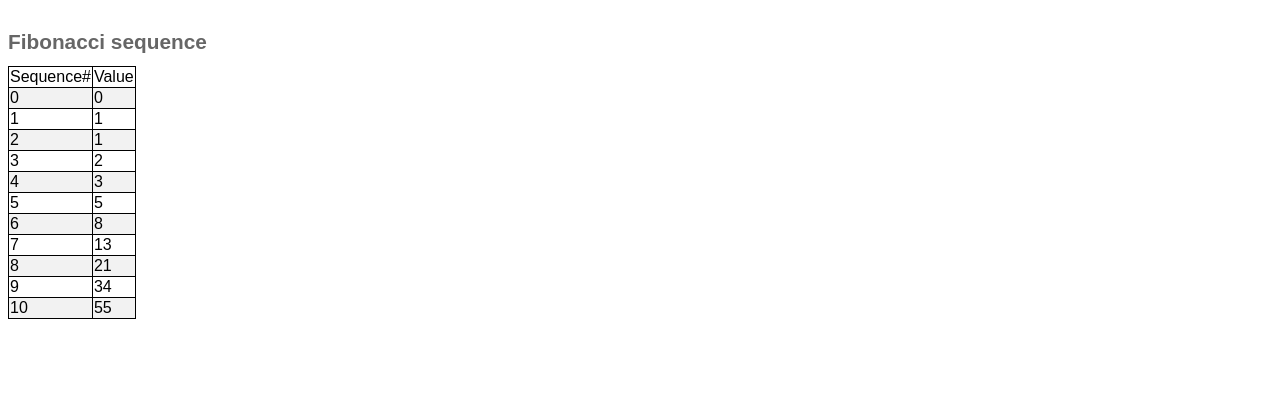
Repository: hhugohm/php_basic
Page: http://localhost/src/fibonnacci.php
The author's editor kept a copy of each file at every save. The page is drawn from the files as they stood at one save, then again after the next save.
The browser window is 1280 px wide. The pictures show the whole page.
The page is run by PHP 8.4 with error messages shown; the project is at /var/www/html/.

Above is the page before, as saved 2017-06-08 23:00:50.

### php_unidad4/src/fibonnacci.php
<html>
	<head>
		<title>Fibonacci sequence</title>
			<link rel="stylesheet" type="text/css" href="common.css"   />
	</head>

<body>
<h2>Fibonacci sequence</h2>
<?php
$iteraciones=10;
$num1=0;
$num2=1;
$sum=0;
echo "<table>
	<tr>
		<td>Sequence#  </td>
		<td>Value      </td>
	</tr>";
for($i=0;$i<= $iteraciones;$i++){
	if($i==0){
		$num2=0;
	}
	if($i==1){
		$num2=1;
	}else{
		$sum=$num1+$num2;
		$num1=$num2;
		$num2=$sum;
	}

echo "<tr>
		<td>$i</td>
		<td>$num2</td>
	</tr>";
}

echo "</table>";



?>

</body>
</html>

### php_unidad4/src/common.css

/* Page body */
body { font-family: Arial, Helvetica, sans-serif; }

/* Definition lists */
dl { width: 100%; margin: 2em 0; padding: 0; clear: both; overflow: auto; }
dt { width: 30%; float: left; margin: 0; padding: 5px 9.9% 5px 0; border-top: 1px solid #DDDDB7; font-weight: bold; overflow: auto; clear: left; }
dd { width: 60%; float: left; margin: 0; padding: 6px 0 5px 0; border-top: 1px solid #DDDDB7; overflow: auto; }

/* Headings */
h1 { font-weight: bold; margin: 35px 0 14px; color: #666; font-size: 1.5em; }
h2 { font-weight: bold; margin: 30px 0 12px; color: #666; font-size: 1.3em; }
h3 { font-weight: normal; margin: 30px 0 12px; color: #666; font-size: 1.2em; }
h4 { font-weight: bold; margin: 25px 0 12px; color: #666; font-size: 1.0em; }
h5 { font-weight: bold; margin: 25px 0 12px; color: #666; font-size: 0.9em; }

table, th, td {
    border: 1px solid black;
    border-collapse: collapse;
}

tr:nth-child(even) {background-color: #f2f2f2}


/* Forms */
label { display: block; float: left; clear: both; text-align: right; margin: 0.6em 5px 0 0; width: 40%; }
input, select, textarea { float: right; margin: 1em 0 0 0; width: 57%; }
input { border: 1px solid #666; }
input[type=radio], input[type=checkbox], input[type=submit], input[type=reset], input[type=button], input[type=image] { width: auto; }

After the next save:
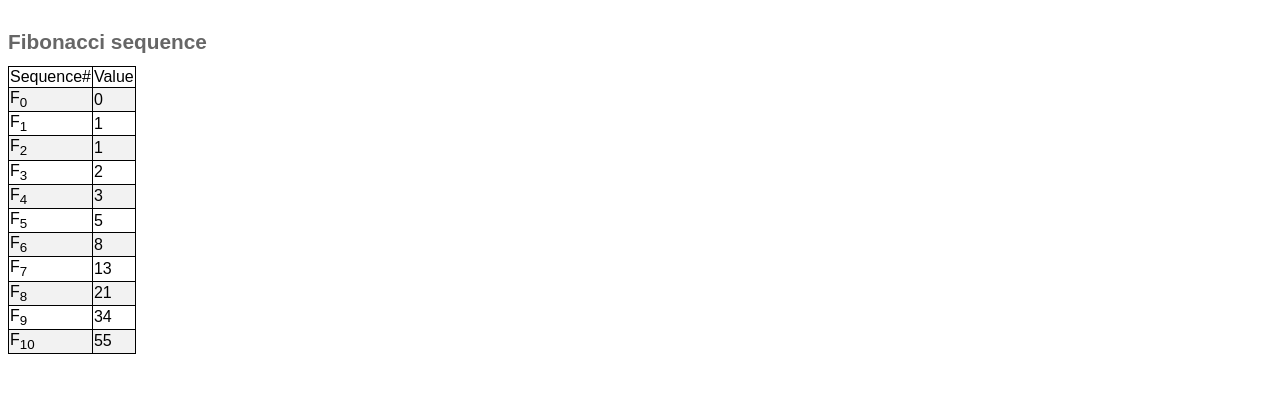
Saved 2 min 21 s later.
--- a/php_unidad4/src/fibonnacci.php
+++ b/php_unidad4/src/fibonnacci.php
@@ -29,7 +29,7 @@ for($i=0;$i<= $iteraciones;$i++){
 	}
 
 echo "<tr>
-		<td>$i</td>
+		<td>F<sub>$i</sub></td>
 		<td>$num2</td>
 	</tr>";
 }
